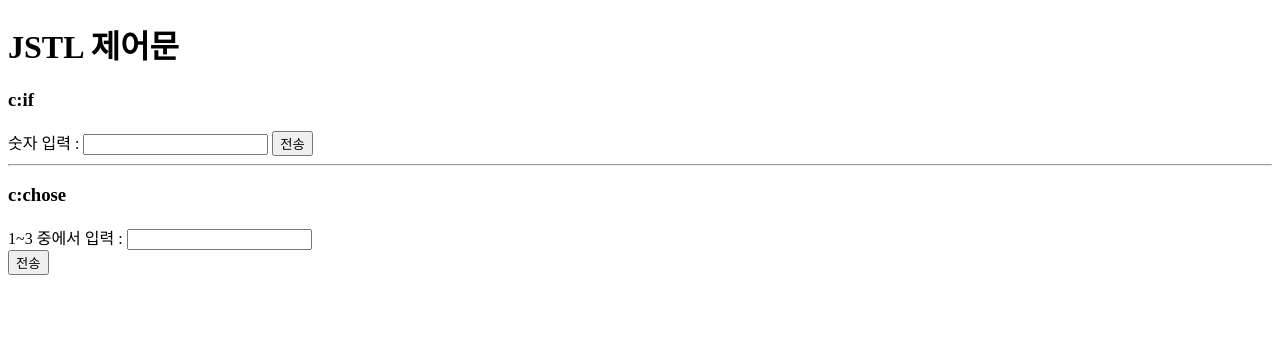
Repository: ajtwls1256/Web-workspace
Page: http://localhost/Day55-jspTag/JSTL/jsp_JSTL.jsp
The author's editor kept a copy of each file at every save. The page is drawn from the files as they stood at one save, then again after the next save.
The browser window is 1280 px wide. The pictures show the whole page.
The page is served by Tomcat 9.

Above is the page before, as saved 2019-10-14 05:39:43.

After the next save:
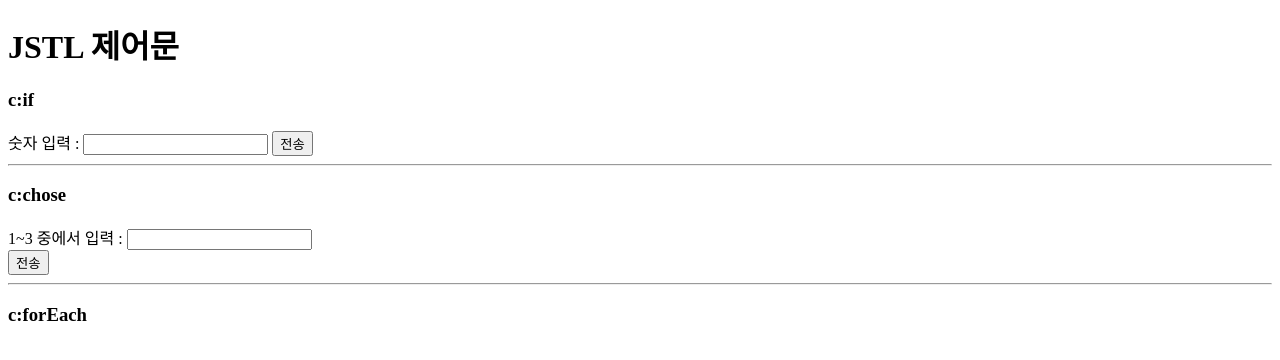
Saved 10 min 27 s later.
--- a/Day55-jspTag/WebContent/JSTL/jsp_JSTL.jsp
+++ b/Day55-jspTag/WebContent/JSTL/jsp_JSTL.jsp
@@ -22,5 +22,10 @@
 		1~3 중에서 입력 : <input type="text" name="value2"><br>
 		<input type="submit" value="전송">
 	</form>
+
+	<hr>
+
+	<h3> c:forEach </h3>
+	<a href="/jsp/JSTL/JSTL_forEach.jsp"></a>
 </body>
 </html>
